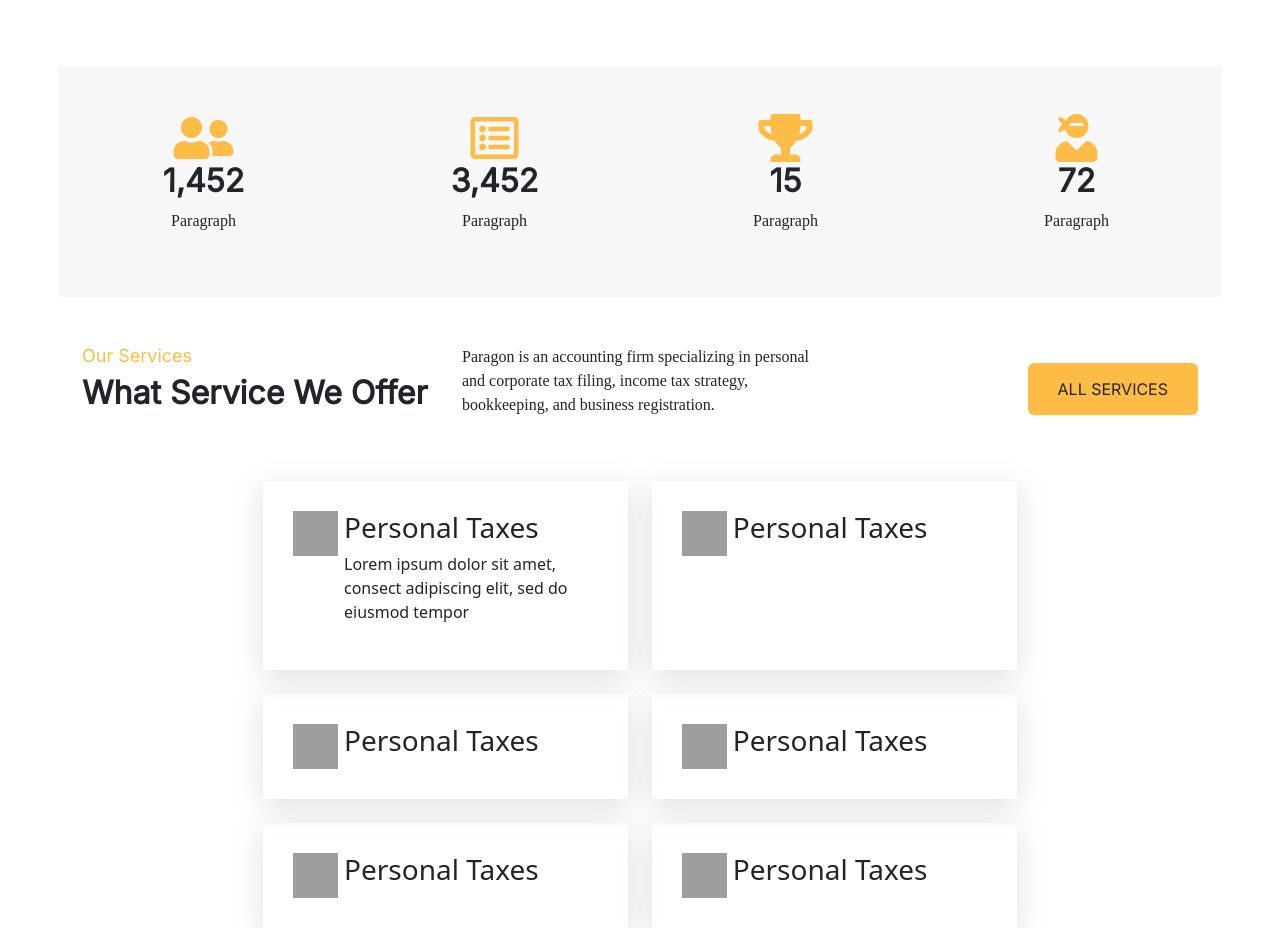
Repository: FailureMaster/paragonaccounting
Page: index.html
An editor plug-in stored every save of this project. The page is shown before and after the next save, followed by the edit.
The browser window is 1280 px wide. The pictures show the part of the page from y = 1567 to 2519 px (the page is 2495 px tall before and 2519 px after).
Pictures or frames that could not be fetched are drawn as grey boxes. Some web fonts or font styles are not loaded; a fallback is used.

Above is the page before, as saved 2022-12-21 00:46:06.

### index.html
<!DOCTYPE html>
<html lang="en">

<head>
    <meta charset="utf-8">
    <meta name="viewport" content="width=device-width, initial-scale=1.0, shrink-to-fit=no">
    <title>new paragon homepage</title>
    <link rel="stylesheet" href="assets/bootstrap/css/bootstrap.min.css">
    <link rel="stylesheet" href="https://fonts.googleapis.com/css?family=Heebo&amp;display=swap">
    <link rel="stylesheet" href="https://fonts.googleapis.com/css?family=Inter&amp;display=swap">
    <link rel="stylesheet" href="https://fonts.googleapis.com/css?family=Inter+Tight&amp;display=swap">
    <link rel="stylesheet" href="assets/fonts/fontawesome-all.min.css">
    <link rel="stylesheet" href="assets/css/Navbar-Centered-Links-icons.css">
    <link rel="stylesheet" href="assets/css/styles.css">
</head>

<body>
    <div class="text-white d-flex justify-content-between container position-relative" style="z-index: 3; height: 21px; padding: 10px; margin-bottom: 15px;">
        <span><i class="fas fa-clock" style="color: #FCBC45;"></i> &nbsp;Opening: Mon - Fri 08:00 - 17:00</span>
        <ul class="list-inline">
            <li class="list-inline-item"><i class="fab fa-facebook-f"></i> </li>
            <li class="list-inline-item"><i class="fab fa-twitter"></i></li>
            <li class="list-inline-item"><i class="fab fa-pinterest"></i></li>
            <li class="list-inline-item"><i class="fab fa-instagram"></i></li>
        </ul>
    </div>

    <nav class="navbar navbar-dark navbar-expand-lg" style="z-index: 2;">
        <div class="container">
            <a class="navbar-brand d-flex align-items-center" href="#"><span><img src="assets/img/paragon_logo.png" style="width: 167px;"></span></a><button data-bs-toggle="collapse" class="navbar-toggler" data-bs-target="#navcol-3"><span class="visually-hidden">Toggle navigation</span><span class="navbar-toggler-icon"></span></button>
            <div class="collapse navbar-collapse" id="navcol-3">
                <ul class="navbar-nav navbar-nav-scroll mx-auto par-header-menu">
                    <li class="nav-item"><a class="nav-link active" href="#" style="--bs-primary: #FCBC45;--bs-primary-rgb: 252,188,69;">Home</a></li>
                    <li class="nav-item"><a class="nav-link" href="#">Services</a></li>
                    <li class="nav-item"><a class="nav-link" href="#">Contact Us</a></li>
                    <li class="nav-item"><a class="nav-link" href="#">About</a></li>
                    <li class="nav-item"><a class="nav-link" href="#">Documents</a></li>
                    <li class="nav-item"><a class="nav-link" href="#">Upload Docuemnts</a></li>
                </ul><button class="btn btn-primary text-uppercase par-btn" type="button" style="border-style: none;"><i class="fas fa-phone-alt" style="font-size: 17px;"></i>&nbsp;call us</button>
            </div>
        </div>
    </nav>

    <section style="background-image: url(https://templatekit.jegtheme.com/acctual/wp-content/uploads/sites/58/2021/03/successful-business-team-looking-at-camera-in-office.jpg);background-position: center center;background-repeat: no-repeat;background-size: cover;margin-top: -140px;margin-bottom: 0px;padding: 380px 0px 250px 0px;z-index: 0;position: relative;">
        <div style="height: 100%;width: 100%;top: 0;left: 0;position: absolute;background-color: #121212;opacity: 0.70;transition: background 0.3s, border-radius 0.3s, opacity 0.3s;border-style: none;border-color: rgba(33,37,41,0);"></div>
        <div class="text-white d-flex flex-column align-items-center container position-relative">
            <h1 class="text-center par-banner-h1">We Provide Best Accounting&nbsp;</h1>
            <h1 class="text-center par-banner-h1">&amp; Tax Service For You<br></h1>
            <p class="text-center par-banner-p" style="width: 439px;">We offer a wide array of services to ensure that we provide you well-integratedfinancial solutions. We are your one-stop-shop for all financial services needs.</p>
            <div class="d-flex align-items-center hero">
                <button class="btn btn-primary par-btn text-uppercase" type="button" style="border-style: none; height: 64px; padding: 20px 40px;">get a quote</button>
                <a id="play-video" class="video-play-button" href="#">
                    <span></span>
                </a>
                <button class="btn btn-primary text-uppercase" type="button" style="background: rgba(13,110,253,0);border-style: none;">&nbsp;Watch video</button>
            </div>
        </div>
    </section>

    <section class="container" style="padding: 100px 0px 100px 0px;">
        <div class="row gx-5 gy-5 row-cols-1 row-cols-sm-1 row-cols-md-1 row-cols-lg-1 row-cols-xl-2 row-cols-xxl-2">
            <div class="col about-paragon">
                <h4 class="par-h4">About Paragon</h4>
                <h2 class="par-h2">We Have 10+ Years Of Experience In Accounting &amp; Tax Service</h2>
                <p class="par-p">Paragon is an accounting company that provides personal and corporate tax preparation, income tax planning, accounting/bookkeeping and incorporate/register a business.In tax services, we tend to take a constructive vs. reactive approach. We are able to recognize key tax preparation opportunities that minimize both the current and potential tax liabilities by staying up to date on new tax laws and regulations.</p>
                <ul>
                    <li><i aria-hidden="true" class="fas fa-check"></i> High standards of integrity</li>
                    <li><i aria-hidden="true" class="fas fa-check"></i> Best Accounting Service</li>
                    <li><i aria-hidden="true" class="fas fa-check"></i> Quality Control</li>
                    <li><i aria-hidden="true" class="fas fa-check"></i> Professional Team</li>
                    <li><i aria-hidden="true" class="fas fa-check"></i> 24/7 customer support</li>
                </ul>
            </div>
            <div class="col"><img src="assets/img/about%20image.jpg" style="width: 100%;"></div>
        </div>
    </section>
    <section class="container pt-5 pb-5">
        <div class="row gx-5 gy-0 py-5" style="background: #f7f7f7;">
            <div class="col text-center"><i class="fas fa-user-friends par-counting-icon"></i>
                <h2 class="par-h2">1,452</h2>
                <p class="par-p">Paragraph</p>
            </div>
            <div class="col text-center"><i class="far fa-list-alt par-counting-icon"></i>
                <h2 class="par-h2"><strong>3,452</strong></h2>
                <p class="par-p">Paragraph</p>
            </div>
            <div class="col text-center"><i class="fas fa-trophy par-counting-icon"></i>
                <h2 class="par-h2">15</h2>
                <p class="par-p">Paragraph</p>
            </div>
            <div class="col text-center"><i class="fas fa-user-ninja par-counting-icon"></i>
                <h2 class="par-h2">72</h2>
                <p class="par-p">Paragraph</p>
            </div>
        </div>
    </section>
    <section class="container">
        <div class="row mb-5">
            <div class="col">
                <h4 class="par-h4">Our Services</h4>
                <h2 class="par-h2">what service we offer</h2>
            </div>
            <div class="col">
                <p class="par-p">Paragon is an accounting firm specializing in personal and corporate tax filing, income tax strategy, bookkeeping, and business registration.</p>
            </div>
            <div class="col text-end align-self-center"><button class="btn btn-primary par-btn text-uppercase" type="button" style="border-style: none;">all services</button></div>
        </div>
        <div class="row justify-content-center service-offer">
            <div class="service-box">
                <div class="col-2" style="margin: 0px;">
                    <img src="https://templatekit.jegtheme.com/acctual/wp-content/uploads/sites/58/2021/03/personal.png" alt="Personal Taxes">
                </div>
                <div class="col-10">
                    <h3>Personal Taxes</h3>
                    <p>Lorem ipsum dolor sit amet, consect adipiscing elit, sed do eiusmod tempor</p>
                </div>
            </div>
            <div class="service-box">
                <div class="col-2">
                    <img src="https://templatekit.jegtheme.com/acctual/wp-content/uploads/sites/58/2021/03/personal.png" alt="Personal Taxes">
                </div>
                <div class="col-10">
                    <h3>Personal Taxes</h3>
                </div>
            </div>
            <div class="service-box">
                <div class="col-2">
                    <img src="https://templatekit.jegtheme.com/acctual/wp-content/uploads/sites/58/2021/03/personal.png" alt="Personal Taxes">
                </div>
                <div class="col-10">
                    <h3>Personal Taxes</h3>
                </div>
            </div>
            <div class="service-box">
                <div class="col-2">
                    <img src="https://templatekit.jegtheme.com/acctual/wp-content/uploads/sites/58/2021/03/personal.png" alt="Personal Taxes">
                </div>
                <div class="col-10">
                    <h3>Personal Taxes</h3>
                </div>
            </div>
            <div class="service-box">
                <div class="col-2">
                    <img src="https://templatekit.jegtheme.com/acctual/wp-content/uploads/sites/58/2021/03/personal.png" alt="Personal Taxes">
                </div>
                <div class="col-10">
                    <h3>Personal Taxes</h3>
                </div>
            </div>
            <div class="service-box">
                <div class="col-2">
                    <img src="https://templatekit.jegtheme.com/acctual/wp-content/uploads/sites/58/2021/03/personal.png" alt="Personal Taxes">
                </div>
                <div class="col-10">
                    <h3>Personal Taxes</h3>
                </div>
            </div>
        </div>
    </section>




    <script src="assets/bootstrap/js/bootstrap.min.js"></script>
</body>
</html>

### assets/css/Navbar-Centered-Links-icons.css
.bs-icon {
  --bs-icon-size: .75rem;
  display: flex;
  flex-shrink: 0;
  justify-content: center;
  align-items: center;
  font-size: var(--bs-icon-size);
  width: calc(var(--bs-icon-size) * 2);
  height: calc(var(--bs-icon-size) * 2);
  color: var(--bs-primary);
}

.bs-icon-xs {
  --bs-icon-size: 1rem;
  width: calc(var(--bs-icon-size) * 1.5);
  height: calc(var(--bs-icon-size) * 1.5);
}

.bs-icon-sm {
  --bs-icon-size: 1rem;
}

.bs-icon-md {
  --bs-icon-size: 1.5rem;
}

.bs-icon-lg {
  --bs-icon-size: 2rem;
}

.bs-icon-xl {
  --bs-icon-size: 2.5rem;
}

.bs-icon.bs-icon-primary {
  color: var(--bs-white);
  background: var(--bs-primary);
}

.bs-icon.bs-icon-primary-light {
  color: var(--bs-primary);
  background: rgba(var(--bs-primary-rgb), .2);
}

.bs-icon.bs-icon-semi-white {
  color: var(--bs-primary);
  background: rgba(255, 255, 255, .5);
}

.bs-icon.bs-icon-rounded {
  border-radius: .5rem;
}

.bs-icon.bs-icon-circle {
  border-radius: 50%;
}

### assets/css/styles.css
.par-header-menu {
  font-family: "Inter";
  font-size: 14px;
  font-weight: 500;
}

.par-header-menu a {
  padding: 0 18px;
  line-height: 1.3em;
  font-family: "Inter";
  font-size: 14px;
  font-weight: 500;
}

.par-banner-h1 {
  font-family: "Inter";
  font-size: 52px;
  font-weight: 600;
  line-height: 62.4px;
}

.par-banner-p {
  font-family: "Heebo";
  font-size: 16px;
  font-weight: 300;
  line-height: 24px;
}

.par-btn {
  color: #252425;
  background-color: #fcbc45;
  font-family: "Inter";
  font-weight: 500;
  font-size: 16px;
  padding: 14px 30px;
}

.par-h4 {
  color: #fcbc45;
  font-family: "Inter";
  font-size: 18px;
  font-weight: 500;
}

.par-h2 {
  font-family: "Inter";
  font-size: 32px;
  line-height: 38.4px;
  font-weight: 600;
  text-transform: capitalize;
}

.par-p {
  font-family: "Heebo";
  font-size: 16px;
  font-weight: 300;
  line-height: 24px;
}

.par-counting-icon {
  color: #fcbc45;
  font-size: 48px;
}

nav .container {
  background: rgb(122, 122, 122, 0.5);
  height: 84px;
  border-radius: 5px;
}

.play-video {
  height: 56px;
  width: 56px;
  align-items: center;
}

.play-video a {
  color: black;
}

.video-play-button {
  transform: translateX(-50%) translateY(-50%);
  box-sizing: content-box;
  display: inline-block;
  margin: 20px 10px 0px 60px;
  border-radius: 50%;
}

.video-play-button:before {
  content: "";
  position: absolute;
  z-index: 0;
  left: 50%;
  top: 50%;
  transform: translateX(-50%) translateY(-50%);
  display: block;
  width: 56px;
  height: 56px;
  background: gray;
  border-radius: 50%;
  animation: pulse-border 1500ms ease-out infinite;
}

.video-play-button:after {
  content: "";
  position: absolute;
  z-index: 1;
  left: 50%;
  top: 50%;
  transform: translateX(-50%) translateY(-50%);
  display: block;
  width: 56px;
  height: 56px;
  background: white;
  border-radius: 50%;
  transition: all 200ms;
}

.video-play-button:hover:after {
  background-color: #FCBC45;
}

.video-play-button img {
  position: relative;
  z-index: 3;
  max-width: 80%;
  width: auto;
  height: auto;
}

.video-play-button span {
  display: block;
  position: relative;
  z-index: 3;
  width: 0;
  height: 0;
  border-left: 18px solid black;
	border-top: 10px solid transparent;
	border-bottom: 10px solid transparent;
}

@keyframes pulse-border {
  0% {
    transform: translateX(-50%) translateY(-50%) translateZ(0) scale(1);
    opacity: 1;
  }
  100% {
    transform: translateX(-50%) translateY(-50%) translateZ(0) scale(1.5);
    opacity: 0;
  }
}

.about-paragon ul {
  padding: 0;

}

.about-paragon li {
  list-style: none;
  line-height: 2.5;
}

.about-paragon i {
  color: #FCBC45;
}

.service-offer {
  gap: 1.5rem;
}

.service-offer .service-box {
  width: 32%;
  padding: 30px;
  display: flex;
  box-shadow: rgba(100, 100, 111, 0.2) 0px 7px 29px 0px;
}

.service-offer img {
  height: 45px;
  width: 45px;
}

Loaded but not shown: assets/bootstrap/css/bootstrap.min.css (library); assets/fonts/fontawesome-all.min.css (library); assets/bootstrap/js/bootstrap.min.js (library)

After the next save:
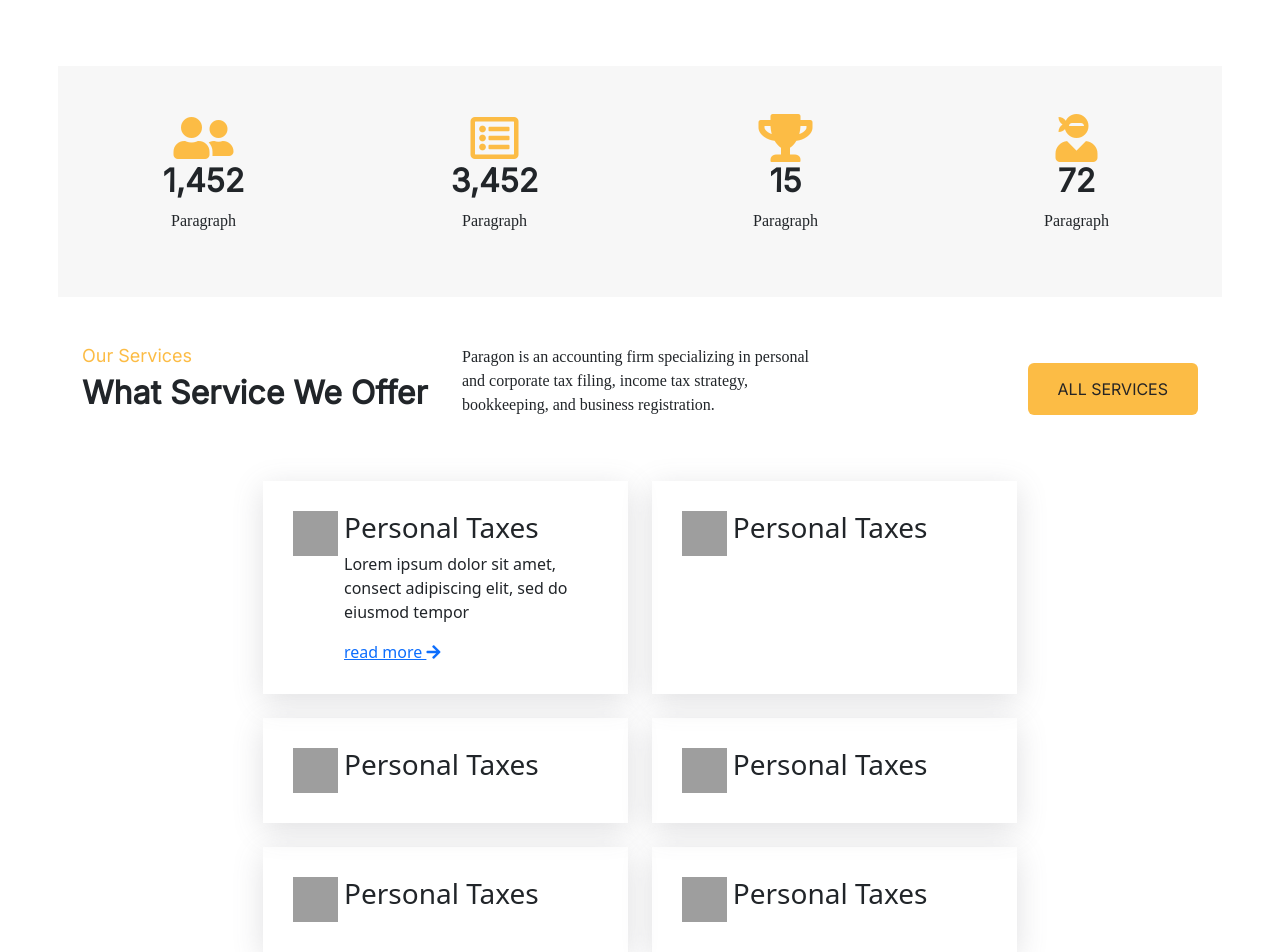
Saved 67 s later.
--- a/index.html
+++ b/index.html
@@ -113,6 +113,7 @@
                 <div class="col-10">
                     <h3>Personal Taxes</h3>
                     <p>Lorem ipsum dolor sit amet, consect adipiscing elit, sed do eiusmod tempor</p>
+                    <a href="#">read more <i aria-hidden="true" class="fas fa-arrow-right"></i></a>
                 </div>
             </div>
             <div class="service-box">
